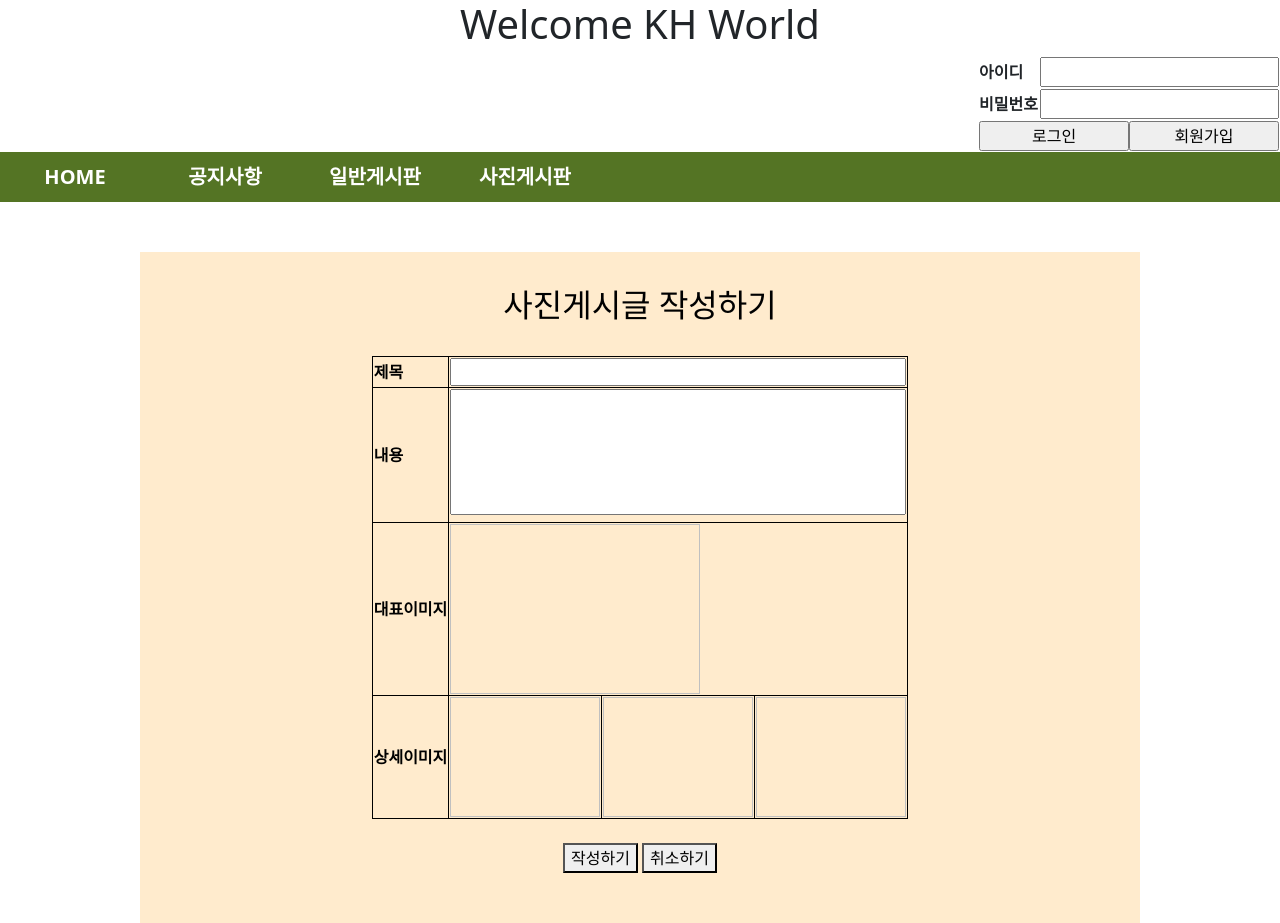
Repository: eru2/Study
Page: http://localhost/JspProject/enrollForm.th
An editor plug-in stored every save of this project. The page is shown before and after the next save, followed by the edit.
The browser window is 1280 px wide. The pictures show the whole page.
The page is served by Tomcat 10.

Above is the page before, as saved 2025-03-04 05:50:37.

After the next save:
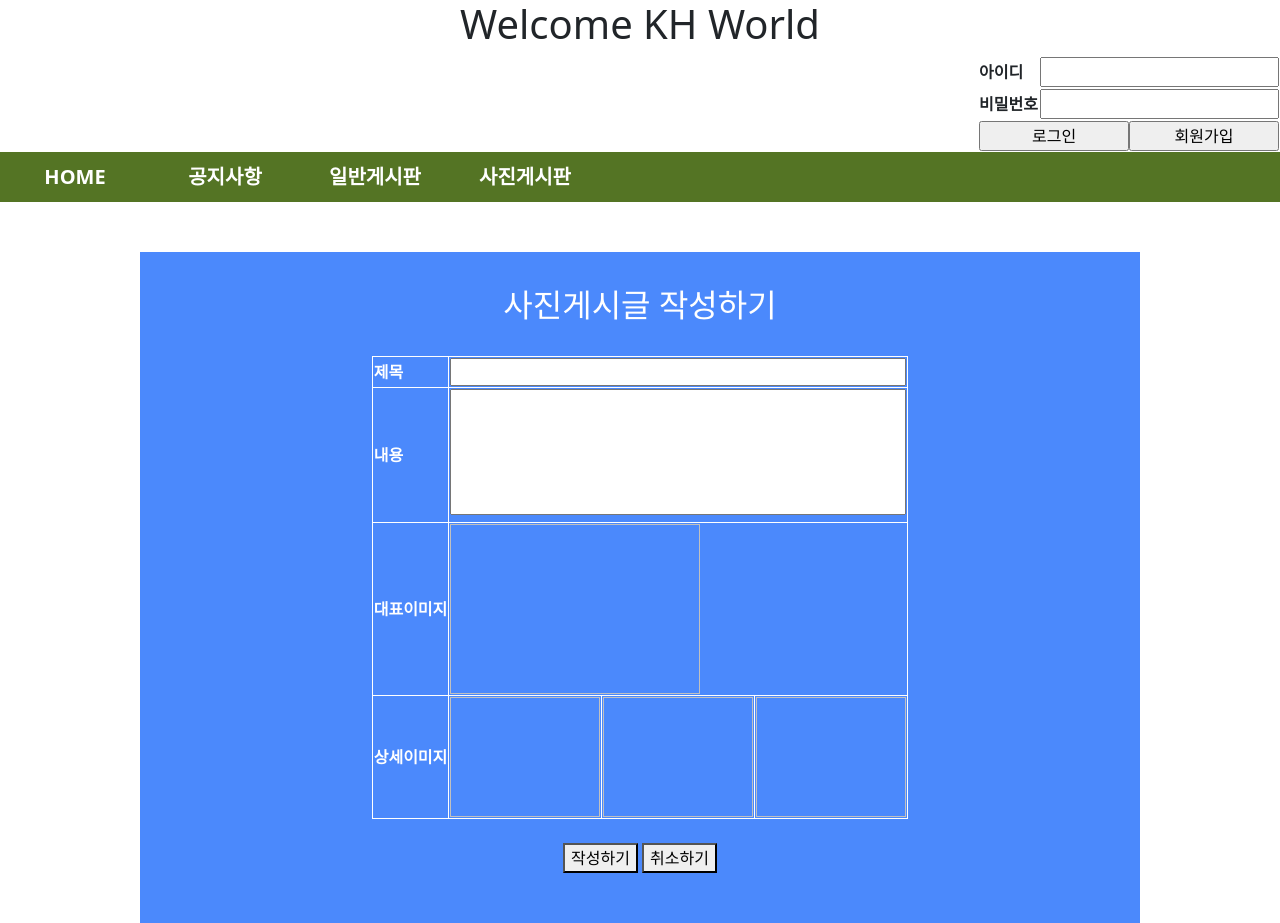
Saved 11 min 39 s later.
--- a/07_JSP/JspProject/src/main/webapp/views/board/thumbnailEnrollForm.jsp
+++ b/07_JSP/JspProject/src/main/webapp/views/board/thumbnailEnrollForm.jsp
@@ -1,27 +1,27 @@
 <%@ page language="java" contentType="text/html; charset=UTF-8"
     pageEncoding="UTF-8"%>
-     <%@ taglib prefix="c" uri="http://java.sun.com/jsp/jstl/core" %>
 <!DOCTYPE html>
 <html>
 <head>
-<meta charset="UTF-8">
-<title>Insert title here</title>
-<style>
-      .outer {
-                    background: blanchedalmond;
-                    color: black;
-                    width: 1000px;
-                    margin: auto;
-                    margin-top: 50px;
-                    padding: 10px 0px 50px;
-                }
-   .outer table{
-            border: 1px solid black;
+    <meta charset="UTF-8">
+    <title>Insert title here</title>
+    <style>
+		.outer {
+			background: #4b89fc;
+			color: white;
+			width: 1000PX;
+			margin: auto;
+			margin-top: 50px;
+			padding: 10px 0px 50px;
+		}
+
+        .outer table{
+            border: 1px solid white;
         }
 
         .outer table th,
         .outer table td{
-            border: 1px solid black;
+            border: 1px solid white;
         }
 
         .outer > form input,
@@ -33,11 +33,11 @@
 
         .outer img:hover{
             cursor: pointer;
-            background: rgb(253, 239, 217);
+            background: #83aeff;
         }
     </style>
 </head>
-  <body>
+<body>
 	<%@ include file="../common/menubar.jsp" %>
 
     <div class="outer">
@@ -92,21 +92,23 @@
                     //파일객체 -> files -> 선택된파일들이 담겨있음
                     console.log(changeInput.files[0])
                     const img = document.querySelector(targetImg);
-                    console.img(img);
+                    console.log(img)
                     if(changeInput.files.length > 0){ //파일은 선택했을 때
                         //파일을 읽어들일 객체
                         const reader = new FileReader();
 
-                        //해당 파일을 읽어들여 해당 파일만의 고유한 url을 부여
-                        //rul : Base64로 인코딩된 데이터 url(파일을 실제로 표현하는 형식인 바이너리 코드를 텍스트문자열로 인코딩한 방식)
+                        //해당 파일을 읽얻들여 해당파일만의 고유한 url을 부여
+                        //url : Base64로 인코딩된 데이터 url(파일을 실제로 표현하는 형식인 바이너리 코드를 텍스트문자열로 인코딩한 방식)
                         reader.readAsDataURL(changeInput.files[0]);
 
-                        //퍄일 읽어들이기를 완료했을 때 이벤트 핸들러를 실행시켜줘
+                        //파일읽어들이기를 완료 했을 때 이벤트핸들러를 실행시켜줘
                         reader.onload = function(ev){
                             img.src = ev.target.result //이미지 요소에 불러온 파일의 url을 넣어준다.
                         }
+
+
                     } else { //파일이 있었는데 선택 후 취소했을 때
-						img.src = null;
+                        img.src = null;
                     }
                 }
                 function chooseFile(selector){
